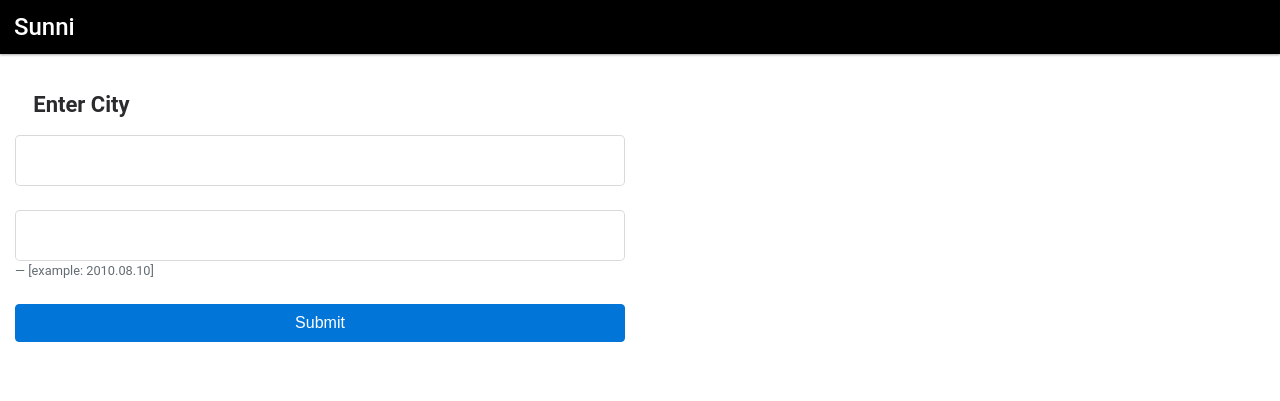
Repository: Oakga/Weather_app
Page: index.html
The author's editor kept a copy of each file at every save. The page is drawn from the files as they stood at one save, then again after the next save.
The browser window is 1280 px wide. The pictures show the whole page.

Above is the page before, as saved 2017-09-22 05:54:55.

### index.html
<!DOCTYPE html>
<html>
<head>
    <meta charset="utf-8">
    <link rel="stylesheet" href="https://maxcdn.bootstrapcdn.com/bootstrap/4.0.0-alpha.6/css/bootstrap.min.css" integrity="sha384-rwoIResjU2yc3z8GV/NPeZWAv56rSmLldC3R/AZzGRnGxQQKnKkoFVhFQhNUwEyJ" crossorigin="anonymous">
    <!-- <link href='http://fonts.googleapis.com/css?family=Roboto:400,300,700' rel='stylesheet' type='text/css'> -->
    <link href="css/styles.css" rel="stylesheet" type="text/css">
    <script src="https://unpkg.com/axios/dist/axios.min.js"></script>
</head>
<body>
    <header>
        <h1>Sunni</h1>
    </header>
    <div class="container-fluid">
        <div class="row">
            <div class="col">
                <h2>Enter City</h2>
                <form id="location-form">
                    <input type="text" id="location-input" class="form-control form-control-lg "/>
                    <br>
                    <input type="text" id="date-input" class="form-control form-control-lg "/>
                    <footer class="blockquote-footer">[example: 2010.08.10]</footer>
                    <br>
                    <button type="submit" class="btn btn-primary btn-block">Submit</button>
                </form>
                <div id="formatted-address"></div>
                <div id="geometry-component"></div>
                <div id="weather-component"></div>
            </div>
            <div class="col">
            </div>
        </div>
    </div>
    <script src="js/main.js"></script>
</body>
</html>

### css/styles.css
body {
    font-family: 'Roboto', 'Sans Serif';
    font-size: 16px;
    padding: 0;
    margin: 0;
}

header {
    background-color: #000000;
    padding: 14px;
    box-shadow: 0 1px 3px rgba(0,0,0,0.12), 0 1px 2px rgba(0,0,0,0.24);
}

h1, h2, h3 {
    font-weight: 300;
}

header > h1 {
    font-weight: 500;
    font-size: 24px;
    margin: 0;
    color: #FFFFFF;
}

h2 {
    font-size: 22px;
    margin: 20px 0 0 0;
    padding: 3%;
    font-weight: bolder;
}

.table {
    border-radius: 5px;
    width: 50%;
    margin: 0px auto;
    float: none;
}

### js/main.js
class dailyReport {
    constructor(Time,Humidity,Precipitation,Intensity,Wind,MaxTemperature,MinTemperature){
    this.Time = Time;
    this.Humidity = Humidity;
    this.Precipitation = Precipitation;
    this.Intensity = Intensity;
    this.Wind = Wind;
    this.MaxTemperature = MaxTemperature;
    this.MinTemperature = MinTemperature;
};
};

class todayReport {
    constructor(Time,Summary,Humidity,Temperature, Precipitation,Intensity,Wind,){
    this.Time = Time;
    this.Summary = Summary;
    this.Humidity = Humidity;
    this.Temperature = Temperature;
    this.Precipitation = Precipitation;
    this.Intensity = Intensity;
    this.Wind = Wind;
};
};

class searches {
    constructor(location,date){
        this.date = date;
        this.location = location;
    }
}

let geoCode = (location) => {
    axios.get('https://maps.googleapis.com/maps/api/geocode/json',{
    params:{
        address: location,
        key: 'AIzaSyAkYBjwd7ygcP8GpAz47QsP3s3vaweLAE0'
    }
}).then(function(response){
    const formattedAddr = response.data.results[0].formatted_address;
    const formattedAddrOutput = `
    <ul class="list-group">
    <li class="list-group-item">
    ${formattedAddr}
    </li>
    </ul>
    `;
    let addressComponents = response.data.results[0].address_components;
    let lat = Math.round(response.data.results[0].geometry.location.lat*10000)/10000;
    let lng = Math.round(response.data.results[0].geometry.location.lng*10000)/10000;
    let geometryOutput = `
    <ul class="list-group">
    <li class="list-group-item">
    <strong>
    Latitude
    </strong>: ${lat}
    </li>
    <li class="list-group-item">
    <strong>
    Longitude
    </strong>: ${lng}
    </li>
    </ul>
    `;
    document.getElementById('formatted-address').innerHTML = formattedAddrOutput;
    document.getElementById('geometry-component').innerHTML = geometryOutput;

    darkSky(lat,lng);

})
.catch(function(error){
    const formattedAddrOutput = `
    <div class="alert alert-danger" role="alert">
    <strong>Unknown Location!</strong> Change a few things up and try submitting again.
    </div>
    `;
    document.getElementById('formatted-address').innerHTML = formattedAddrOutput;
})
};

let darkSky = (lat, lng, date = Date.now()) => {
    let apiCall = 'https://cors-anywhere.herokuapp.com/https://api.darksky.net/forecast/c84a2f187efcca194054935abae32b10/'+lat+','+lng;
    axios.get(apiCall,{
        params: {
            exclude: '[hourly,flags]',
            time: date
        }
    }).then(function(response){
        let weeklyReport = [];
        const months = ['Jan','Feb','Mar','Apr','May','Jun','Jul','Aug','Sep','Oct','Nov','Dec'];
        const days = ['Sun','Mon','Tue','Wed','Thur','Fri','Sat'];
        let year, month, day;
        const currentDate =  response.data.currently;
        const dailyDate = response.data.daily.data;

        for(let i=0;i<dailyDate.length;i++){
            var date = new Date(dailyDate[i].time*1000);
            year = date.getFullYear();
            month = months[date.getMonth()];
            day = days[date.getDay()];
            numDate = date.getDate();
            formattedTime = numDate + ' ' + month + ' ' + year;
            const dayReport = weeklyReport[i] = new dailyReport(
                formattedTime,
                dailyDate[i].humidity,
                dailyDate[i].precipProbability,
                dailyDate[i].precipIntensity,
                dailyDate[i].windSpeed,
                dailyDate[i].temperatureMax,
                dailyDate[i].temperatureMin,
            );
        };
        let columnNames = ``;
        for ( property in weeklyReport[0] ) {
            columnNames += `
            <th>
            ${property}
            </th>
            `;
        };

        let itemRows = ``;
        let reportForTheDay;
        for(var i=0;i<weeklyReport.length;i++){
            reportForTheDay=weeklyReport[i];
            itemRows += `<tr>
            <th scope="row">${reportForTheDay.Time}</th>
            <td>${reportForTheDay.Humidity}</td>
            <td>${reportForTheDay.Precipitation}</td>
            <td>${reportForTheDay.Intensity}</td>
            <td>${reportForTheDay.Wind}</td>
            <td>${reportForTheDay.MaxTemperature}</td>
            <td>${reportForTheDay.MinTemperature}</td>
            </tr>`
        };

        let tableOutput = `
        <table class="table">
        <thead class="thead-inverse" id="table-index">
        ${columnNames}
        </thead>
        <tbody>
        ${itemRows}
        </tbody>
        </table>
        `;
        document.getElementById('weather-component').innerHTML = tableOutput;

    })
    .catch(function(error){
        console.log(error);
        const alert = `
        <div class="alert alert-danger" role="alert">
        <strong>Cannot find Weather information!</strong> Change a few things up and try submitting again.
        </div>
        `;
        document.getElementById('weather-component').insertAdjacentHTML("afterbegin",alert);
    })
    ;
}


document.getElementById('location-form').addEventListener('submit', function (e){
    e.preventDefault();
    let location = document.getElementById('location-input').value;
    geoCode(location);

});

After the next save:
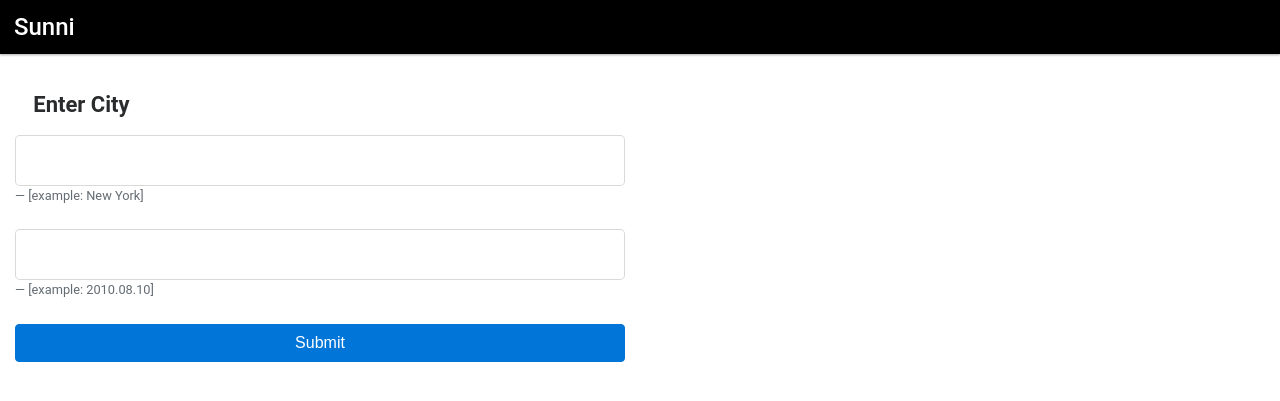
Saved 32 s later.
--- a/index.html
+++ b/index.html
@@ -17,6 +17,7 @@
                 <h2>Enter City</h2>
                 <form id="location-form">
                     <input type="text" id="location-input" class="form-control form-control-lg "/>
+                    <footer class="blockquote-footer">[example: New York]</footer>
                     <br>
                     <input type="text" id="date-input" class="form-control form-control-lg "/>
                     <footer class="blockquote-footer">[example: 2010.08.10]</footer>
